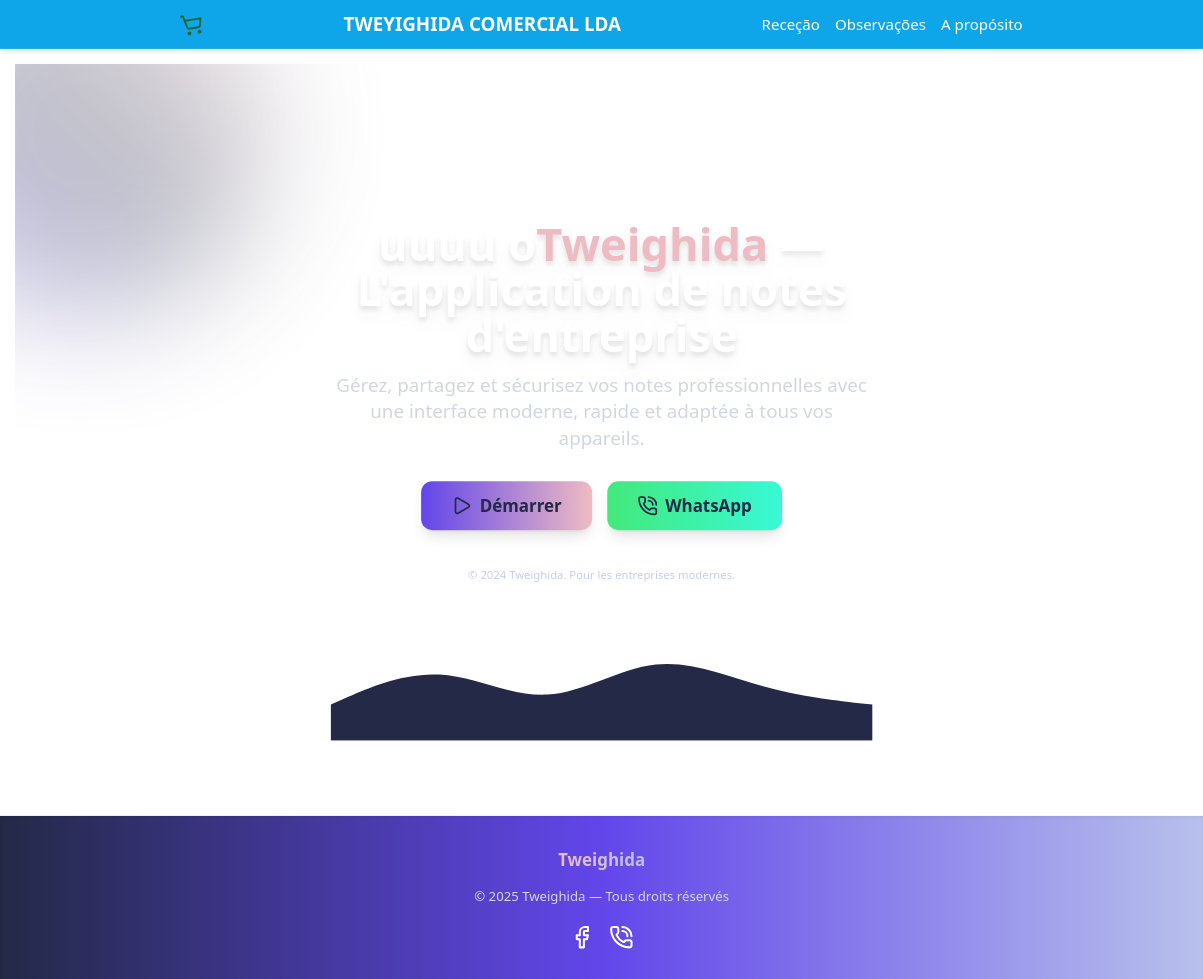
Repository: lamatmed/Tweighida
Page: /
These files come from the project's save history. The page is drawn as it stood at one moment and after a run of saves; the edit follows.
The browser window is 1280 px wide. The pictures show the whole page, at 94% of full size.
The project was rebuilt for these pictures with package versions that can differ from the ones it lists, and the page was loaded fresh each time. The framework's server and built-in components were replaced by stand-ins that run in the browser. Also part of the build but not shown: next.config.mjs.

Above is the page before, as saved 2025-09-06 20:47:00.

### src/app/layout.tsx
import type { Metadata } from "next"
import Navbar from "./components/Navbar";
import Footer from "./components/Footer";
import '../styles/globals.css'
export const metadata: Metadata = {
  title: "Tweighida comercial LDA",
  description: "App de notes comme archive",
  icons: {
    icon: "/R.png", // Remplace par le chemin de ton icône
    shortcut: "/logo.png",
    apple: "/logo.png",
  },
};

export default function RootLayout({
  children,
}: Readonly<{
  children: React.ReactNode
}>) {
  return (
    <html lang="en">
      <head>
      <link
        href="https://fonts.googleapis.com/icon?family=Material+Icons"
        rel="stylesheet"
      />
      </head>
      <body>  <div className="flex flex-col min-h-screen">
      <Navbar />
      <main className="flex-grow p-4">{children}</main>
      <Footer />
    </div></body>
    </html>
  );
}

### src/app/page.tsx
import Hero from "./components/Hero";

export default function Home() {
  return (
    <Hero />
  )
}

### src/app/components/Navbar.tsx
'use client'
import { useState } from "react";
import { FileText, Home, Info, Menu, ShoppingCartIcon, X } from "lucide-react"; // Icônes pour le menu mobile
import { motion } from "framer-motion";
import { BsRobot } from "react-icons/bs";
export default function Navbar() {
  const [isOpen, setIsOpen] = useState(false);

  return (
    <nav className="bg-sky-500 text-white p-3 shadow-md">
      <div className="max-w-4xl mx-auto flex justify-between items-center">
      <motion.div
  animate={{ rotate: [0, 10, -10, 0] }}
  transition={{ repeat: Infinity, duration: 1.5, ease: "easeInOut" }}
>
  <ShoppingCartIcon fontSize="large" className="text-green-800" />
</motion.div>

        <h1 className="text-xl font-bold">TWEYIGHIDA COMERCIAL LDA</h1>

        {/* Bouton Menu pour mobile */}
        <button
          className="lg:hidden block focus:outline-none"
          onClick={() => setIsOpen(!isOpen)}
        >
          {isOpen ? <X size={28} /> : <Menu size={28} />}
        </button>

        {/* Menu Desktop */}
        <ul className="hidden lg:flex space-x-4">
          <li><a href="/" className="hover:underline"> Receção</a></li>
          <li><a href="/notes" className="hover:underline">Observações</a></li>
          <li><a href="/about" className="hover:underline">A propósito</a></li>
        </ul>
      </div>

      {/* Menu Mobile */}
      {isOpen && (
       <ul className="lg:hidden flex flex-col items-center space-y-3 mt-3">
       <li>
         <a href="/" className="flex items-center gap-2 hover:underline" onClick={() => setIsOpen(false)}>
           <Home size={20} /> Receção
         </a>
       </li>
       <li>
         <a href="/notes" className="flex items-center gap-2 hover:underline" onClick={() => setIsOpen(false)}>
           <FileText size={15} /> Observações
         </a>
          </li>
          <li>
            <a href="/chat" className="flex items-center gap-2 hover:underline" onClick={() => setIsOpen(false)}>
              <BsRobot size={15} /> AI
            </a>
          </li>
          <li>

         <a href="/about" className="flex items-center gap-2 hover:underline" onClick={() => setIsOpen(false)}>
           <Info size={15} /> A propósito
         </a>
       </li>
     </ul>

      )}
    </nav>
  );
}

### src/app/components/Footer.tsx
import { Facebook, PhoneCall } from "lucide-react";

export default function Footer() {
  return (
    <footer className="bg-gradient-to-r from-[#232946] via-[#6246ea] to-[#b8c1ec] text-white text-center py-8 mt-16 shadow-inner">
      <div className="max-w-5xl mx-auto flex flex-col items-center gap-3 px-4">
        <div className="flex items-center gap-2 mb-1">
          <span className="text-lg font-bold bg-gradient-to-r from-[#eebbc3] to-[#b8c1ec] bg-clip-text text-transparent">Tweighida</span>
        </div>
        <p className="text-xs sm:text-sm text-[#d1d7e0]">© {new Date().getFullYear()} Tweighida — Tous droits réservés</p>
        <div className="flex space-x-4 mt-2">
          <a href="https://www.facebook.com" target="_blank" rel="noopener noreferrer" className="hover:scale-110 hover:text-[#eebbc3] transition-transform">
            <Facebook size={26} />
          </a>
          <a href="https://wa.me/244939465408" target="_blank" rel="noopener noreferrer" className="hover:scale-110 hover:text-[#43e97b] transition-transform">
            <PhoneCall size={26} />
          </a>
        </div>
      </div>
    </footer>
  );
}

### src/app/components/Hero.tsx
'use client';

import { useState, useEffect } from "react";
import Loader from "./Loader";
import { motion } from "framer-motion";
import { PhoneCallIcon, PlayIcon } from "lucide-react";

export default function Hero() {
  const [loading, setLoading] = useState(true);

  useEffect(() => {
    const timer = setTimeout(() => {
      setLoading(false);
    }, 1000);
    return () => clearTimeout(timer);
  }, []);

  if (loading) {
    return <Loader />;
  }

  return (
    <section className="relative w-full min-h-screen flex items-center justify-center text-center bg-gradient-to-br from- via-blue-500 to-blue-500 text-white px-4 overflow-hidden">
      {/* Decorative blob */}
      <div className="absolute -top-32 -left-32 w-[400px] h-[400px] bg-gradient-to-tr from-[#6246ea] via-[#232946] to-[#eebbc3] opacity-30 rounded-full blur-3xl z-0" aria-hidden="true" />
      <div className="w-full max-w-3xl px-6 py-16 md:py-24 z-10">
        <motion.h1
          className="text-3xl sm:text-4xl md:text-5xl font-extrabold mb-4 leading-tight drop-shadow-lg"
          initial={{ y: -10, opacity: 0 }}
          animate={{ y: 0, opacity: 1 }}
          transition={{ duration: 0.8, ease: 'easeInOut' }}
        >
uuuu          o
          <span className="text-[#eebbc3]">Tweighida</span> — L'application de notes d'entreprise
        </motion.h1>
        <motion.p
          className="text-base sm:text-lg md:text-xl mb-8 max-w-xl mx-auto text-[#d1d7e0] font-medium"
          initial={{ y: 10, opacity: 0 }}
          animate={{ y: 0, opacity: 1 }}
          transition={{ duration: 1, delay: 0.2, ease: 'easeInOut' }}
        >
          Gérez, partagez et sécurisez vos notes professionnelles avec une interface moderne, rapide et adaptée à tous vos appareils.
        </motion.p>
        <div className="flex flex-col sm:flex-row gap-4 justify-center">
          <a
            href="/notes"
            className="px-8 py-3 text-lg font-semibold bg-gradient-to-r from-[#6246ea] to-[#eebbc3] text-[#232946] rounded-xl shadow-lg transition-all transform hover:scale-105 hover:shadow-2xl focus:outline-none focus:ring-2 focus:ring-[#6246ea] flex items-center gap-2"
          >
            <PlayIcon size={22} /> Démarrer
          </a>
          <a
            href="https://wa.me/244934808438"
            target="_blank"
            rel="noopener noreferrer"
            className="px-8 py-3 text-lg font-semibold bg-gradient-to-r from-[#43e97b] to-[#38f9d7] text-[#232946] rounded-xl shadow-lg transition-all transform hover:scale-105 hover:shadow-2xl focus:outline-none focus:ring-2 focus:ring-[#43e97b] flex items-center gap-2"
          >
            <PhoneCallIcon size={22} /> WhatsApp
          </a>
        </div>
        <div className="mt-10 text-xs text-[#b8c1ec] opacity-80">© 2024 Tweighida. Pour les entreprises modernes.</div>
      </div>
      {/* Decorative wave bottom */}
      <svg className="absolute bottom-0 left-0 w-full h-24 md:h-32 z-0" viewBox="0 0 1440 320" fill="none" xmlns="http://www.w3.org/2000/svg" aria-hidden="true">
        <path fill="#232946" fillOpacity="1" d="M0,224L48,202.7C96,181,192,139,288,144C384,149,480,203,576,197.3C672,192,768,128,864,117.3C960,107,1056,149,1152,176C1248,203,1344,213,1392,218.7L1440,224L1440,320L1392,320C1344,320,1248,320,1152,320C1056,320,960,320,864,320C768,320,672,320,576,320C480,320,384,320,288,320C192,320,96,320,48,320L0,320Z" />
      </svg>
    </section>
  );
}

### src/app/components/Loader.tsx

import React from 'react';
import styled from 'styled-components';

const Loader = () => {
  return (
    <StyledWrapper>
      <div className="loader" />
    </StyledWrapper>
  );
}

const StyledWrapper = styled.div`
  .loader {
   position: relative;
   width: 2.5em;
   height: 2.5em;
   transform: rotate(165deg);
  }

  .loader:before, .loader:after {
   content: "";
   position: absolute;
   top: 50%;
   left: 50%;
   display: block;
   width: 0.5em;
   height: 0.5em;
   border-radius: 0.25em;
   transform: translate(-50%, -50%);
  }

  .loader:before {
   animation: before8 2s infinite;
  }

  .loader:after {
   animation: after6 2s infinite;
  }

  @keyframes before8 {
   0% {
    width: 0.5em;
    box-shadow: 1em -0.5em rgba(225, 20, 98, 0.75), -1em 0.5em rgba(111, 202, 220, 0.75);
   }

   35% {
    width: 2.5em;
    box-shadow: 0 -0.5em rgba(225, 20, 98, 0.75), 0 0.5em rgba(111, 202, 220, 0.75);
   }

   70% {
    width: 0.5em;
    box-shadow: -1em -0.5em rgba(225, 20, 98, 0.75), 1em 0.5em rgba(111, 202, 220, 0.75);
   }

   100% {
    box-shadow: 1em -0.5em rgba(225, 20, 98, 0.75), -1em 0.5em rgba(111, 202, 220, 0.75);
   }
  }

  @keyframes after6 {
   0% {
    height: 0.5em;
    box-shadow: 0.5em 1em rgba(61, 184, 143, 0.75), -0.5em -1em rgba(233, 169, 32, 0.75);
   }

   35% {
    height: 2.5em;
    box-shadow: 0.5em 0 rgba(61, 184, 143, 0.75), -0.5em 0 rgba(233, 169, 32, 0.75);
   }

   70% {
    height: 0.5em;
    box-shadow: 0.5em -1em rgba(61, 184, 143, 0.75), -0.5em 1em rgba(233, 169, 32, 0.75);
   }

   100% {
    box-shadow: 0.5em 1em rgba(61, 184, 143, 0.75), -0.5em -1em rgba(233, 169, 32, 0.75);
   }
  }

  .loader {
   position: absolute;
   top: calc(50% - 1.25em);
   left: calc(50% - 1.25em);
  }`;

export default Loader;

### tailwind.config.js
/** @type {import('tailwindcss').Config} */
module.exports = {
  content: [
    "./pages/**/*.{js,ts,jsx,tsx}",
    "./components/**/*.{js,ts,jsx,tsx}",
    "./app/**/*.{js,ts,jsx,tsx}",
    "./src/**/*.{js,ts,jsx,tsx}",  // Ajoute cette ligne si ton projet est dans src/
  ],
  theme: {
    extend: {},
  },
  plugins: [],
};

Loaded but not shown: src/styles/globals.css (common file)

After the next 2 saves:
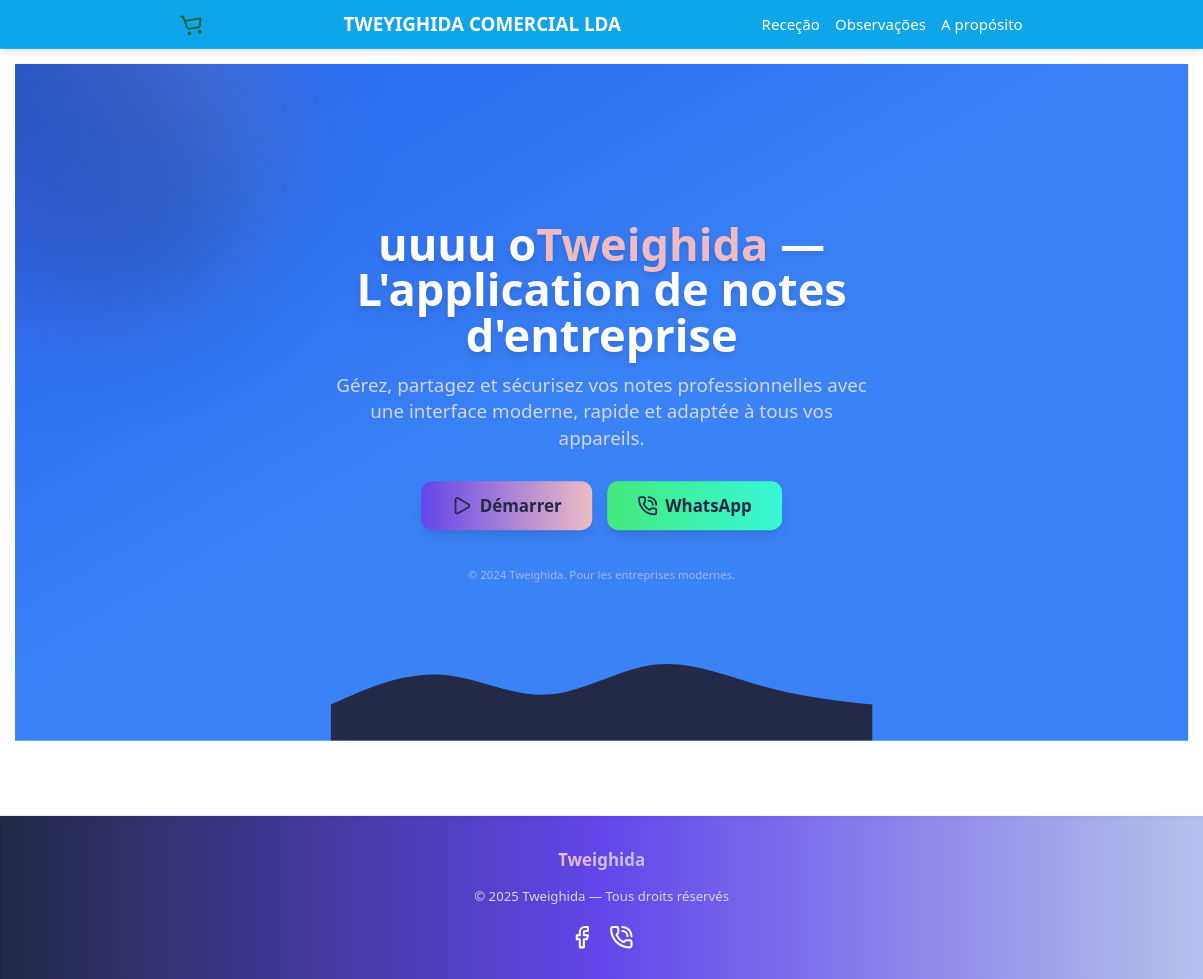
The 2 saves are shown as one change because they came seconds apart.
The last was saved 8 s later.
--- a/src/app/components/Hero.tsx
+++ b/src/app/components/Hero.tsx
@@ -20,7 +20,7 @@
   }
 
   return (
-    <section className="relative w-full min-h-screen flex items-center justify-center text-center bg-gradient-to-br from- via-blue-500 to-blue-500 text-white px-4 overflow-hidden">
+    <section className="relative w-full min-h-screen flex items-center justify-center text-center bg-gradient-to-br from-blue-600 via-blue-500 to-blue-500 text-white px-4 overflow-hidden">
       {/* Decorative blob */}
       <div className="absolute -top-32 -left-32 w-[400px] h-[400px] bg-gradient-to-tr from-[#6246ea] via-[#232946] to-[#eebbc3] opacity-30 rounded-full blur-3xl z-0" aria-hidden="true" />
       <div className="w-full max-w-3xl px-6 py-16 md:py-24 z-10">
